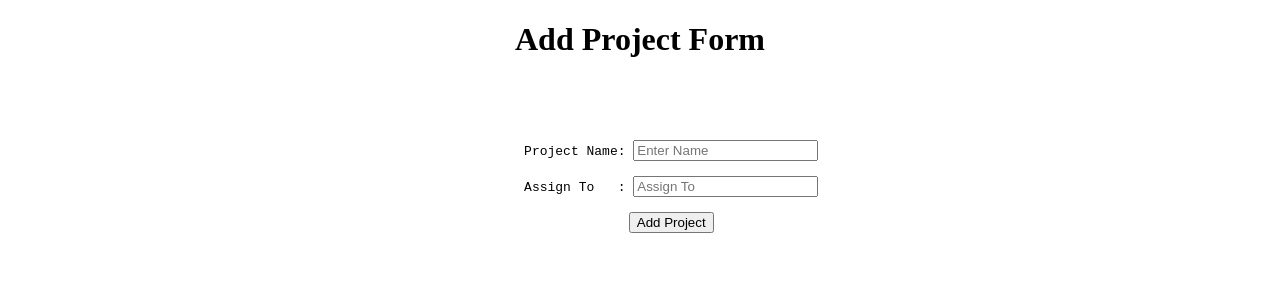
Repository: yashmodi2429/Programs
Page: http://localhost/Employee/addproject.jsp
The author's editor kept a copy of each file at every save. The page is drawn from the files as they stood at one save, then again after the next save.
The browser window is 1280 px wide. The pictures show the whole page.
The page is served by Tomcat 9.

Above is the page before, as saved 2019-02-26 10:43:38.

After the next save:
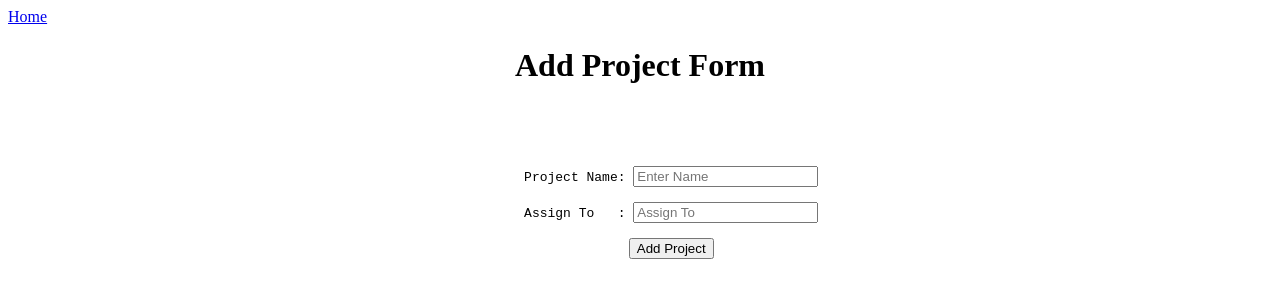
Saved 71 s later.
--- a/Employee/WebContent/addproject.jsp
+++ b/Employee/WebContent/addproject.jsp
@@ -7,6 +7,7 @@
 <title>Insert title here</title>
 </head>
 <body>
+<a href="index.jsp">Home</a>
 <center>
 	<h1>Add Project Form</h1>
 	<pre>

After the save that followed:
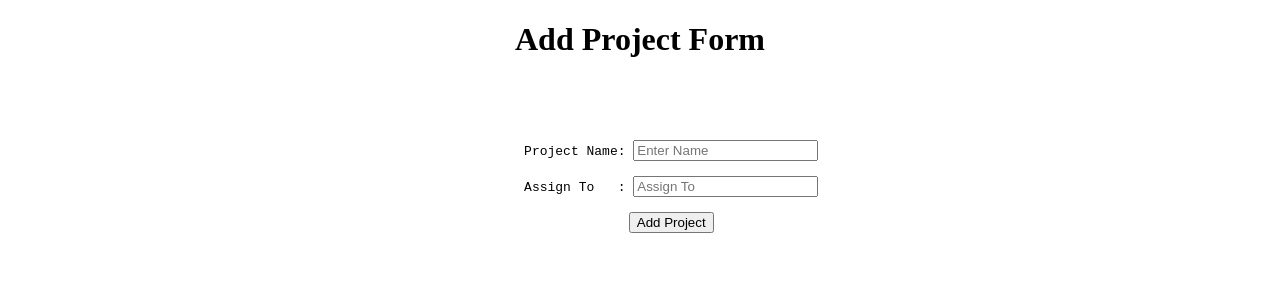
Saved 17 s later.
--- a/Employee/WebContent/addproject.jsp
+++ b/Employee/WebContent/addproject.jsp
@@ -7,7 +7,7 @@
 <title>Insert title here</title>
 </head>
 <body>
-<a href="index.jsp">Home</a>
+
 <center>
 	<h1>Add Project Form</h1>
 	<pre>
